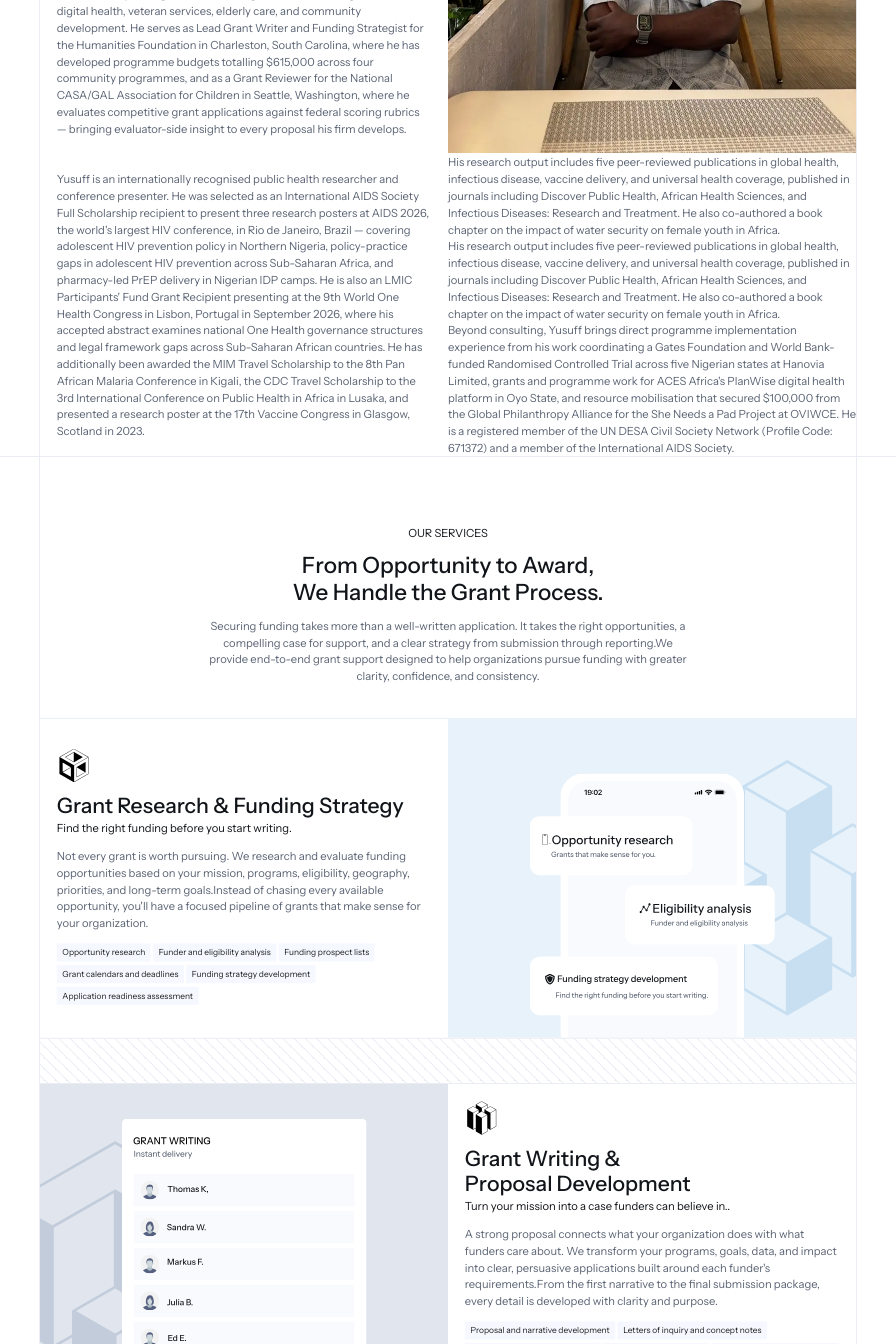
Repository: Ajeyinka/Upgrowth
Page: about.html
These files come from the project's save history. The page is drawn as it stood at one moment and after the next save; the edit follows.
The browser window is 1280 px wide. The pictures show the part of the page from y = 561 to 2481 px (the page is 5302 px tall before and 5374 px after), at 70% of full size.

Above is the page before, as saved 2026-09-24 18:44:13.

### about.html
<!doctype html>
<html lang="en">
  <head>
    <meta charset="UTF-8" />
    <meta name="viewport" content="width=device-width, initial-scale=1.0" />
     <meta
      name="description"
      content="Granted Advisors specialize in helping you scale your impact and secure resources they need to fulfill their mission"
    />
    <meta name="author" content="designer_0layinka" />
    <meta name="robots" content="index, follow" />
    <title>UpGrowth Consulting | grant writing service</title>
    <link rel="stylesheet" href="styles.css" />
    <link rel="icon" type="image/svg" href="images/logo.svg">
     <script src="script.js" defer></script>
  </head>
  <body>

    <nav class="navbar">
      <div class="nav-wrapper">
        <a class="logo" href="/">
           Hope Consults
        </a>

      <ul class="nav-list">
        <li><a href="#about">About Us</a></li>
        <li><a href="#services">Services</a></li>
        <li><a href="#approach">Approach</a></li>
        <li><a href="#faq">Faq</a></li>
      </ul>
      <div class="btn-wrap">
        <a href="contact.html" class="primary-btn"
          >Get in Touch
           <svg xmlns:xlink="http://www.w3.org/1999/xlink"  width="100%" height="100%" viewBox="0 0 16 17" fill="currentColor" xmlns="http://www.w3.org/2000/svg">
<path opacity="0.5" d="M2.66659 8C2.53398 8 2.4068 8.05268 2.31303 8.14645C2.21926 8.24021 2.16659 8.36739 2.16659 8.5C2.16659 8.63261 2.21926 8.75978 2.31303 8.85355C2.4068 8.94732 2.53398 9 2.66659 9L2.66659 8ZM2.66659 9L13.3333 9L13.3333 8L2.66659 8L2.66659 9Z" fill="currentColor"></path>
<path d="M13.9152 8.02637C14.1555 8.32095 14.138 8.75567 13.8634 9.03028L9.86341 13.0303C9.57051 13.3232 9.09575 13.3232 8.80286 13.0303C8.50997 12.7374 8.50997 12.2626 8.80286 11.9697L12.2726 8.5L8.80286 5.03028C8.50997 4.73738 8.50997 4.26262 8.80286 3.96973C9.09575 3.67684 9.57052 3.67684 9.86341 3.96973L13.8634 7.96973L13.9152 8.02637Z" fill="currentColor"></path>
</svg>
        </a>
      </div>
      <div class="btn-toggle-hold">
              <a href="#" class="toggle_button" id="toggle_button">
                <span class="bar one"></span>
                <span class="bar two"></span>
                <span class="bar three"></span>
              </a>

            </div>

    </nav>
    <main>
         <section class="about-section" id="about">
  <div class="container_large">
    <div class="padding_globe">
      <div class="service-component">
        <div class="section-conten">

        <div class="two-col-grid">
            <div class="grid-text">
              <div>


                <h2>
                  About the Founder
                </h2>
              </div>

              <p>
                Yusuff Azeez Olanrewaju is the Founder and Chief Executive Officer of Hope Grant and Development Consults Limited, a grants and fundraising consulting firm supporting nonprofits, healthcare organisations, and social impact ventures in Nigeria and the United States to secure funding, strengthen resource mobilisation strategies, and build sustainable programme infrastructure.



              </p>
              <p>A pharmacist by training and a public health professional by practice, Yusuff holds a Bachelor of Pharmacy from the University of Ibadan, where he graduated as the best student in Pharmacology, Therapeutics and Toxicology, receiving the Board of Fellows Award from the Pharmaceutical Society of Nigeria. He was also recognised by Pharmanews Limited as one of the Top Five Pharmacy Students in Nigeria promoting public health activities and research. He is currently completing a Master of Public Health in Disaster and Humanitarian Management at Iconic Open University, Abuja.</p>
                <p>
                Under his leadership, Hope Grant and Development Consults has supported the development of over $2.8 million in funding proposals across federal agencies, private foundations, and philanthropic institutions, spanning sectors including affordable housing, child welfare, digital health, veteran services, elderly care, and community development. He serves as Lead Grant Writer and Funding Strategist for the Humanities Foundation in Charleston, South Carolina, where he has developed programme budgets totalling $615,000 across four community programmes, and as a Grant Reviewer for the National CASA/GAL Association for Children in Seattle, Washington, where he evaluates competitive grant applications against federal scoring rubrics — bringing evaluator-side insight to every proposal his firm develops.

              </p>
            </div>

            <div class="grid-image">
              <img src="images/consult.webp" alt="" />
            </div>
          </div>

           <div class="two-col-grid">
            <div class="grid-text">



              <p>
                Yusuff is an internationally recognised public health researcher and conference presenter. He was selected as an International AIDS Society Full Scholarship recipient to present three research posters at AIDS 2026, the world's largest HIV conference, in Rio de Janeiro, Brazil — covering adolescent HIV prevention policy in Northern Nigeria, policy-practice gaps in adolescent HIV prevention across Sub-Saharan Africa, and pharmacy-led PrEP delivery in Nigerian IDP camps. He is also an LMIC Participants' Fund Grant Recipient presenting at the 9th World One Health Congress in Lisbon, Portugal in September 2026, where his accepted abstract examines national One Health governance structures and legal framework gaps across Sub-Saharan African countries. He has additionally been awarded the MIM Travel Scholarship to the 8th Pan African Malaria Conference in Kigali, the CDC Travel Scholarship to the 3rd International Conference on Public Health in Africa in Lusaka, and presented a research poster at the 17th Vaccine Congress in Glasgow, Scotland in 2023.
              </p>
            </div>

            <div class="grid-image">
               <p>
                His research output includes five peer-reviewed publications in global health, infectious disease, vaccine delivery, and universal health coverage, published in journals including Discover Public Health, African Health Sciences, and Infectious Diseases: Research and Treatment. He also co-authored a book chapter on the impact of water security on female youth in Africa.
              </p>
               <p>
                His research output includes five peer-reviewed publications in global health, infectious disease, vaccine delivery, and universal health coverage, published in journals including Discover Public Health, African Health Sciences, and Infectious Diseases: Research and Treatment. He also co-authored a book chapter on the impact of water security on female youth in Africa.
              </p>
              <p>Beyond consulting, Yusuff brings direct programme implementation experience from his work coordinating a Gates Foundation and World Bank-funded Randomised Controlled Trial across five Nigerian states at Hanovia Limited, grants and programme work for ACES Africa's PlanWise digital health platform in Oyo State, and resource mobilisation that secured $100,000 from the Global Philanthropy Alliance for the She Needs a Pad Project at OVIWCE. He is a registered member of the UN DESA Civil Society Network (Profile Code: 671372) and a member of the International AIDS Society.</p>
            </div>
          </div>

        </div>
      </div>
    </div>
  </div>
</section>

        <section class="service-section" id="services">
          <div class="container_large">
             <div class="padding_globe">
              <div class="service-component">
                 <div class="section-top">
                  <div class="section-top-text">
                        <div class="eye-brow">OUR SERVICES</div>
                        <h2>From Opportunity to Award, We Handle the Grant Process.</h2>
                         <p>Securing funding takes more than a well-written application. It takes the right opportunities, a compelling case for support, and a clear strategy from submission through reporting.We provide end-to-end grant support designed to help organizations pursue funding with greater clarity, confidence, and consistency.</p>
                  </div>

                 </div>
                 <div class="section-content">
                   <div class="two-col-grid">
                     <div class="grid-text">
                      <img src="images/grant.svg" alt="" srcset="">
                      <div>
                        <h3>Grant Research & Funding Strategy</h3>
                       <div class="eye-brow">Find the right funding before you start writing.</div>
                      </div>
                       <p>Not every grant is worth pursuing. We research and evaluate funding opportunities based on your mission, programs, eligibility, geography, priorities, and long-term goals.Instead of chasing every available opportunity, you'll have a focused pipeline of grants that make sense for your organization.</p>
                        <div class="tags">
                        <div class="tag">Opportunity research</div>
                        <div class="tag">Funder and eligibility analysis</div>
                        <div class="tag">Funding prospect lists</div>
                        <div class="tag">Grant calendars and deadlines</div>
                        <div class="tag">Funding strategy development</div>
                        <div class="tag">Application readiness assessment</div>
                       </div>
                     </div>
                     <div class="grid-image">
                      <img src="images/firstbg.svg" alt="" srcset="">
                      <img src="images/grand-research.svg" alt="" srcset="" class=" rsh">
                    </div>
                   </div>
                    <div class="two-col-grid">

                     <div class="grid-image">
                      <img src="images/secondbg.svg" alt="" srcset="">
                      <img src="images/grantwrite.svg" alt="" srcset="" class="top">
                    </div>
                    <div class="grid-text">
                      <img src="images/grant2.svg" alt="" srcset="">
                      <div>
                        <h3>Grant Writing & Proposal Development</h3>
                       <div class="eye-brow">Turn your mission into a case funders can believe in..</div>
                      </div>
                       <p>A strong proposal connects what your organization does with what funders care about. We transform your programs, goals, data, and impact into clear, persuasive applications built around each funder's requirements.From the first narrative to the final submission package, every detail is developed with clarity and purpose.</p>
                        <div class="tags">
                        <div class="tag">Proposal and narrative development</div>
                        <div class="tag">Letters of inquiry and concept notes</div>
                        <div class="tag">Goals, objectives, and outcomes</div>
                        <div class="tag">Budget narrative support</div>
                        <div class="tag">Application review and editing</div>
                        <div class="tag">Needs statements and program descriptions</div>
                       </div>
                     </div>
                   </div>
                    <div class="two-col-grid">
                     <div class="grid-text">
                      <img src="images/grant3.svg" alt="" srcset="">
                       <div>
                        <h3>Grant Management & Reporting</h3>
                       <div class="eye-brow">Stay funded after the award..</div>
                      </div>
                       <p>Winning a grant creates new responsibilities. Deadlines, reporting requirements, deliverables, renewals, and funder communication all need careful management.We help you stay organized and accountable throughout the grant lifecycle, while positioning your organization for stronger funder relationships and future opportunities.</p>
                       <div class="tags">
                        <div class="tag">Grant calendar management</div>
                        <div class="tag">Reporting and documentation</div>
                        <div class="tag">Progress and impact reports</div>
                        <div class="tag">Compliance tracking</div>
                        <div class="tag">Renewal applications</div>
                        <div class="tag">Funder communication support</div>
                        <div class="tag">Ongoing grant pipeline management</div>
                       </div>
                     </div>
                     <div class="grid-image">
                      <img src="images/thirdbg.svg" alt="" srcset="">
                      <img src="images/grantmanage.svg" alt="" srcset="" class="top">
                    </div>
                   </div>
                 </div>
              </div>
             </div>
          </div>
        </section>
        <section class="approach-section" id="approach">
          <div class="container_large">
             <div class="padding_globe">
              <div class="service-component">
                <div class="section-top">
                  <div class="section-top-text">
                        <div class="eye-brow">OUR APPROACH</div>
                        <h2>The Right Grant.The Right Story.The Right Strategy.</h2>
                         <p>Successful grant funding starts long before the application and continues after the award. Our approach brings research, strategy, writing, and grant management together into one clear process, so every opportunity you pursue has purpose behind it.</p>
                  </div>

                 </div>
                 <div class="section-content">
                   <div class="three-col-grid">
                     <div class="approach-card">
                       <img src="images/grant4.svg" alt="">
                       <div>
                         <div class="eyebrow">DISCOVER</div>
                        <h3>We Start With Your Mission.</h3>
                       </div>
                       <p>Before we search for funding, we take the time to understand your organization, programs, goals, community, and funding priorities. This gives us the foundation to identify opportunities that truly align with the work you do.</p>
                       <div class="eyebrow">Understand the mission. Define the need. Set the direction.</div>
                     </div>
                     <div class="approach-card">
                       <img src="images/grant5.svg" alt="">
                       <div>
                         <div class="eyebrow">RESEARCH</div>
                         <h3>We Find the Right Opportunities.</h3>
                       </div>
                       <p>More grants don't always mean more funding. We research and qualify opportunities based on eligibility, alignment, funding priorities, deadlines, and your likelihood of being a strong candidate.</p>
                        <div class="eyebrow">Less chasing. More strategic opportunities.</div>
                     </div>
                      <div class="approach-card">
                       <img src="images/grant6.svg" alt="">
                       <div>
                         <div class="eyebrow">DEVELOP</div>
                         <h3>We Build a Compelling Case.</h3>
                       </div>
                       <p>We turn your programs, impact, data, and vision into a clear proposal tailored to each funder. Every application is developed to communicate not only what you need, but why your work deserves investment.</p>
                        <div class="eyebrow">Clear narratives. Strong applications. Funder-focused storytelling.</div>
                     </div>
                      <div class="approach-card">
                       <img src="images/grant.svg" alt="">
                       <div>
                         <div class="eyebrow">SUPPORT</div>
                         <h3>We Stay With You Beyond Submission.</h3>
                       </div>
                       <p>Our work doesn't have to end when you hit submit. We can help manage your grant pipeline, reporting requirements, renewals, deadlines, and future opportunities, giving you a more consistent approach to funding.</p>
                        <div class="eyebrow">From first opportunity to long-term funding strategy.</div>
                     </div>


                   </div>
                 </div>
              </div>

             </div>
          </div>
        </section>


        <section class="cta-section rel" id="cta">
          <div class="container_large">
             <div class="padding_globe">
                  <img src="images/bg.svg" alt="" class="bg">
                  <img src="images/bg1.svg" alt="" class="bg2">
                  <div class="cta-component">
                      <h2>Ready to discuss your funding needs?</h2>
                      <p>Schedule a Sales Discovery Call today!</p>
                       <div class="btn-wrapper">
                        <a href="contact.html" class="primary-btn"
                          >Get Grant Support
                           <svg xmlns:xlink="http://www.w3.org/1999/xlink"  width="100%" height="100%" viewBox="0 0 16 17" fill="currentColor" xmlns="http://www.w3.org/2000/svg">
                              <path opacity="0.5" d="M2.66659 8C2.53398 8 2.4068 8.05268 2.31303 8.14645C2.21926 8.24021 2.16659 8.36739 2.16659 8.5C2.16659 8.63261 2.21926 8.75978 2.31303 8.85355C2.4068 8.94732 2.53398 9 2.66659 9L2.66659 8ZM2.66659 9L13.3333 9L13.3333 8L2.66659 8L2.66659 9Z" fill="currentColor"></path>
                              <path d="M13.9152 8.02637C14.1555 8.32095 14.138 8.75567 13.8634 9.03028L9.86341 13.0303C9.57051 13.3232 9.09575 13.3232 8.80286 13.0303C8.50997 12.7374 8.50997 12.2626 8.80286 11.9697L12.2726 8.5L8.80286 5.03028C8.50997 4.73738 8.50997 4.26262 8.80286 3.96973C9.09575 3.67684 9.57052 3.67684 9.86341 3.96973L13.8634 7.96973L13.9152 8.02637Z" fill="currentColor"></path>
                          </svg>
                        </a>
                      </div>
                  </div>
             </div>
          </div>
        </section>

    </main>
      <footer>
             <div class="container_large">
               <div class="padding_globe">
                    <div class="footer-component">
                      <div class="col">
                        <img src="images/footerlogo.svg" alt="">
                        <p>Scale your funding opportunities</p>
                      </div>
                      <div class="col">
                        <h4>Navigate</h4>
                        <ul class="footer-links">
                            <li><a href="index.html#about">About Us</a></li>
                            <li><a href="index.html#services">Services</a></li>
                            <li><a href="index.html#approach">Approach</a></li>
                            <li><a href="contact.html">Get in Touch</a></li>
                        </ul>
                      </div>
                      <div class="col">
                        <h4>Services</h4>
                        <ul class="footer-links">
                            <li><a href="index.html#services">Grant Writing</a></li>
                            <li><a href="index.html#services">Grant Research</a></li>
                            <li><a href="index.html#services">Grant Management</a></li>
                            </ul>
                      </div>
                      <div class="col">
                        <h4>Legal</h4>
                        <ul class="footer-links">
                            <li><a href="privacy.html">Privacy notice</a></li>
                            <li><a href="cookie-policy.html">cookie policy</a></li>
                            <li><a href="contact.html">Contact Us</a></li>
                        </ul>
                      </div>
                      <div class="footer-btm">
                        <p>© 2024 UpGrowth.</p>
                      </div>
                    </div>
             </div>
        </footer>
  </body>
</html>

Loaded but not shown: images/grand-research.svg (58 lines, source omitted); images/grantmanage.svg (52 lines, source omitted); images/grantwrite.svg (95 lines, source omitted); images/footerlogo.svg (25 lines, source omitted); images/bg1.svg (4 lines, source omitted); images/bg.svg (5 lines, source omitted); images/grant4.svg (5 lines, source omitted); images/grant3.svg (3 lines, source omitted); images/grant5.svg (3 lines, source omitted); images/grant6.svg (3 lines, source omitted); images/grant2.svg (3 lines, source omitted); images/grant.svg (5 lines, source omitted); images/secondbg.svg (11 lines, source omitted); images/thirdbg.svg (4 lines, source omitted); script.js (76 lines, source omitted); styles.css (1070 lines, source omitted)

After the next save:
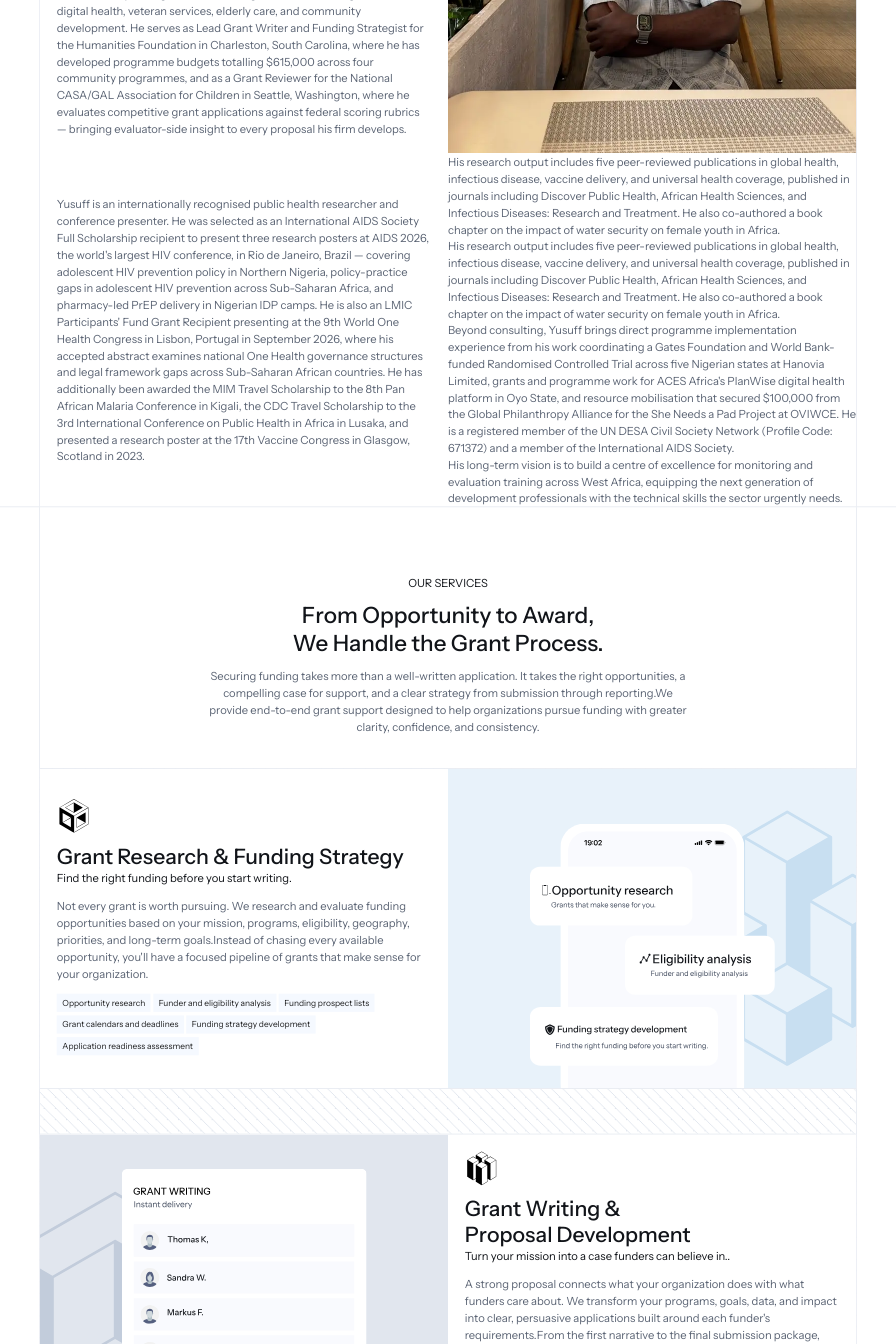
Saved 65 s later.
--- a/about.html
+++ b/about.html
@@ -100,6 +100,9 @@
                 His research output includes five peer-reviewed publications in global health, infectious disease, vaccine delivery, and universal health coverage, published in journals including Discover Public Health, African Health Sciences, and Infectious Diseases: Research and Treatment. He also co-authored a book chapter on the impact of water security on female youth in Africa.
               </p>
               <p>Beyond consulting, Yusuff brings direct programme implementation experience from his work coordinating a Gates Foundation and World Bank-funded Randomised Controlled Trial across five Nigerian states at Hanovia Limited, grants and programme work for ACES Africa's PlanWise digital health platform in Oyo State, and resource mobilisation that secured $100,000 from the Global Philanthropy Alliance for the She Needs a Pad Project at OVIWCE. He is a registered member of the UN DESA Civil Society Network (Profile Code: 671372) and a member of the International AIDS Society.</p>
+              <p>His long-term vision is to build a centre of excellence for monitoring and evaluation training across West Africa, equipping the next generation of development professionals with the technical skills the sector urgently needs.
+
+</p>
             </div>
           </div>
 
